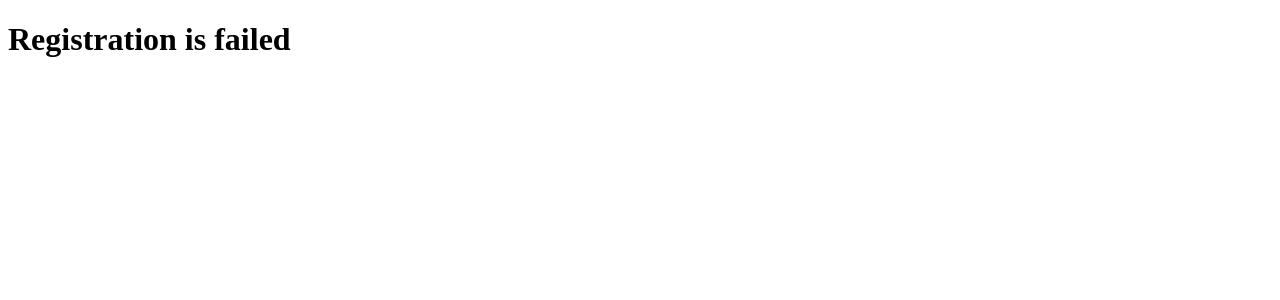
Repository: sainath0323/Website-design-using-J2EE
Page: http://localhost/AdvanceJavaApplication/RegistrationFailure.jsp
An editor plug-in stored every save of this project. The page is shown before and after the next save, followed by the edit.
The browser window is 1280 px wide. The pictures show the whole page.
The page is served by Tomcat 9.

Above is the page before, as saved 2023-04-24 15:06:32.

After the next save:
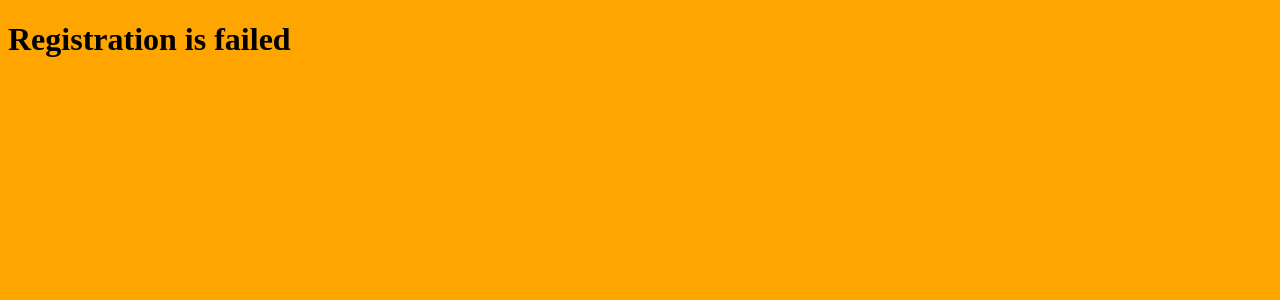
Saved 4 min 38 s later.
--- a/AdvanceJavaApplication/src/main/webapp/RegistrationFailure.jsp
+++ b/AdvanceJavaApplication/src/main/webapp/RegistrationFailure.jsp
@@ -6,7 +6,7 @@
 <meta charset="ISO-8859-1">
 <title>Insert title here</title>
 </head>
-<body>
+<body  bgcolor="orange">
 <h1>Registration is failed</h1>
 </body>
 </html>
